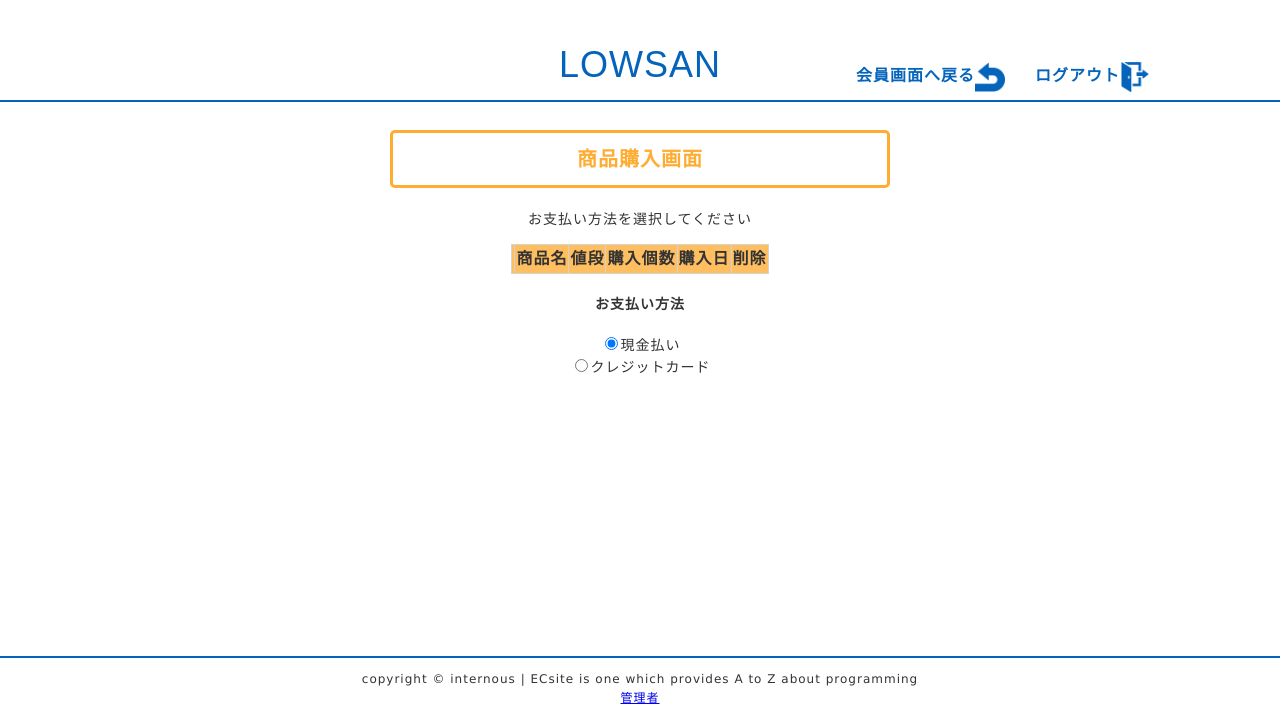
Repository: nishimura0212/myECsite
Page: http://localhost/ecsite/buyItem.jsp
The author's editor kept a copy of each file at every save. The page is drawn from the files as they stood at one save, then again after the next save.
The browser window is 1280 px wide. The pictures show the whole page.
The page is served by Tomcat 9.

Above is the page before, as saved 2019-01-02 14:35:33.

After the next save:
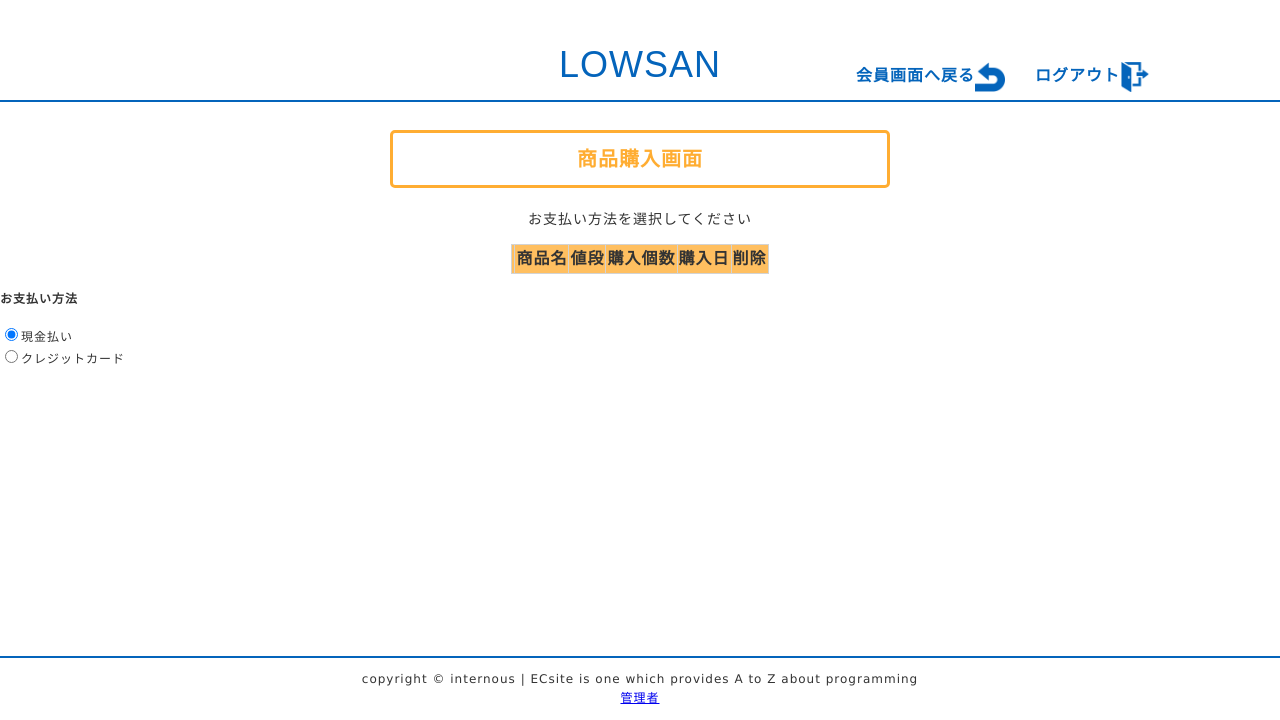
Saved 20 s later.
--- a/ecsite/WebContent/buyItem.jsp
+++ b/ecsite/WebContent/buyItem.jsp
@@ -57,7 +57,7 @@
 				</tr>
 			</s:iterator>
 		</table>
-		<div class="comment">
+		<div class="pay-method">
 			<h4>お支払い方法</h4>
 			<input type="radio" name="pay" value="1" checked="checked" class="radio">現金払い
 			<br><input type="radio" name="pay"value="2" class="radio">クレジットカード
